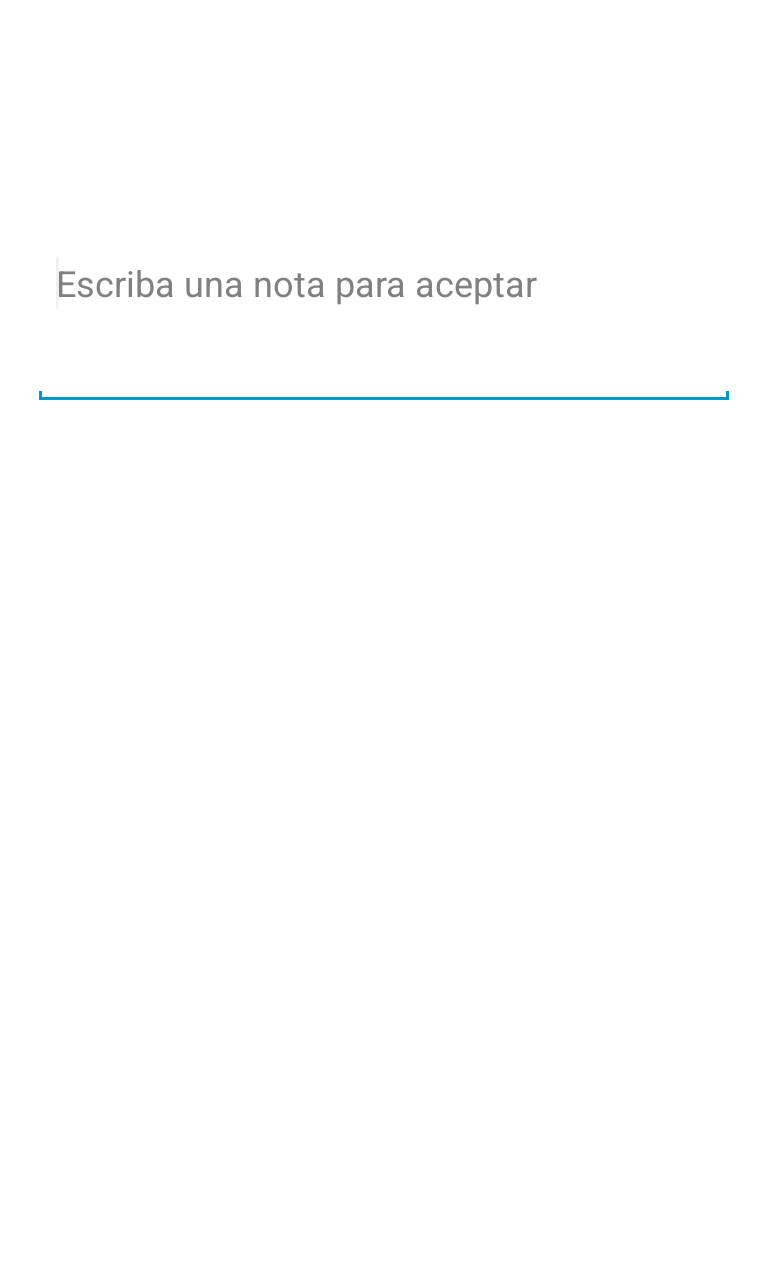
Repository: G3rcar/Android-I
Layout: Clase04Mantenimiento/res/layout/activity_result.xml
These files come from the project's save history. The layout is drawn as it stood at one moment and after the next save; the edit follows.
It is drawn on a 768 x 1280 px phone screen (xhdpi) without system bars, with theme AppTheme; the app's code is not run.

Above is the layout before, as saved 2013-10-30 13:25:41.

### Clase04Mantenimiento/res/layout/activity_result.xml
<LinearLayout xmlns:android="http://schemas.android.com/apk/res/android"
    xmlns:tools="http://schemas.android.com/tools"
    android:id="@+id/LinearLayout1"
    android:layout_width="match_parent"
    android:layout_height="match_parent"
    android:orientation="vertical"
    android:paddingBottom="@dimen/activity_vertical_margin"
    android:paddingLeft="@dimen/activity_horizontal_margin"
    android:paddingRight="@dimen/activity_horizontal_margin"
    android:paddingTop="@dimen/activity_vertical_margin"
    tools:context=".ResultActivity" >

    <LinearLayout
        android:layout_width="match_parent"
        android:layout_height="wrap_content" >

        <TextView
            android:id="@+id/txvFistName"
            android:layout_width="wrap_content"
            android:layout_height="wrap_content" />

        <TextView
            android:id="@+id/txvLastName"
            android:layout_width="wrap_content"
            android:layout_height="wrap_content" />

    </LinearLayout>

    <TextView
        android:id="@+id/txvEmail"
        android:layout_width="wrap_content"
        android:layout_height="wrap_content" />

    <TextView
        android:id="@+id/txvEdad"
        android:layout_width="wrap_content"
        android:layout_height="wrap_content" />

    <TextView
        android:id="@+id/txvDepartamento"
        android:layout_width="wrap_content"
        android:layout_height="wrap_content" />

    <View
        android:layout_width="wrap_content"
        android:layout_height="30dp"
        android:background="#00000000"
        />

    <EditText
        android:id="@+id/edtNote"
        android:layout_width="match_parent"
        android:layout_height="wrap_content"
        android:ems="10"
        android:gravity="top|left"
        android:hint="@string/hintNota"
        android:inputType="textMultiLine"
        android:lines="3"
        android:maxLength="150"
        android:maxLines="3" >

        <requestFocus />
    </EditText>

</LinearLayout>

### Clase04Mantenimiento/res/values/strings.xml
<?xml version="1.0" encoding="utf-8"?>
<resources>

    <string name="app_name">Clase04 Mantto</string>
    <string name="action_settings">Settings</string>
    <string name="hello_world">Hello world!</string>
    <string name="lblPrimerNombre">Primer nombre</string>
    <string name="lblPrimerApellido">Primer apellido</string>
    <string name="lblCorreo">Correo Electrónico</string>
    <string name="lblEdad">Edad</string>
    <string name="lblDepartamento">Departamento</string>
    <string name="btnGuardar">Guardar</string>
    <string name="btnEnviar">Enviar</string>

    <string-array name="arrDepartamentos">
        <item>Ahuachapán</item>
        <item>Sonsonate</item>
        <item>Santa Ana</item>
        <item>Chalatenango</item>
        <item>La Libertad</item>
        <item>San Salvador</item>
        <item>Cuscatlán</item>
        <item>La Paz</item>
        <item>San Vicente</item>
        <item>Morazán</item>
        <item>San Miguel</item>
        <item>La Unión</item>
        <item>Cabañas</item>
        <item>Usulután</item>
    </string-array>

    <string name="title_activity_result">Resultado</string>

    <string name="hintNota">Escriba una nota para aceptar</string>

</resources>

Loaded but not shown: Clase04Mantenimiento/res/values/styles.xml (common file); Clase04Mantenimiento/res/values-v11/styles.xml (common file); Clase04Mantenimiento/res/values-v14/styles.xml (common file); Clase04Mantenimiento/res/values/dimens.xml (common file)

After the next save:
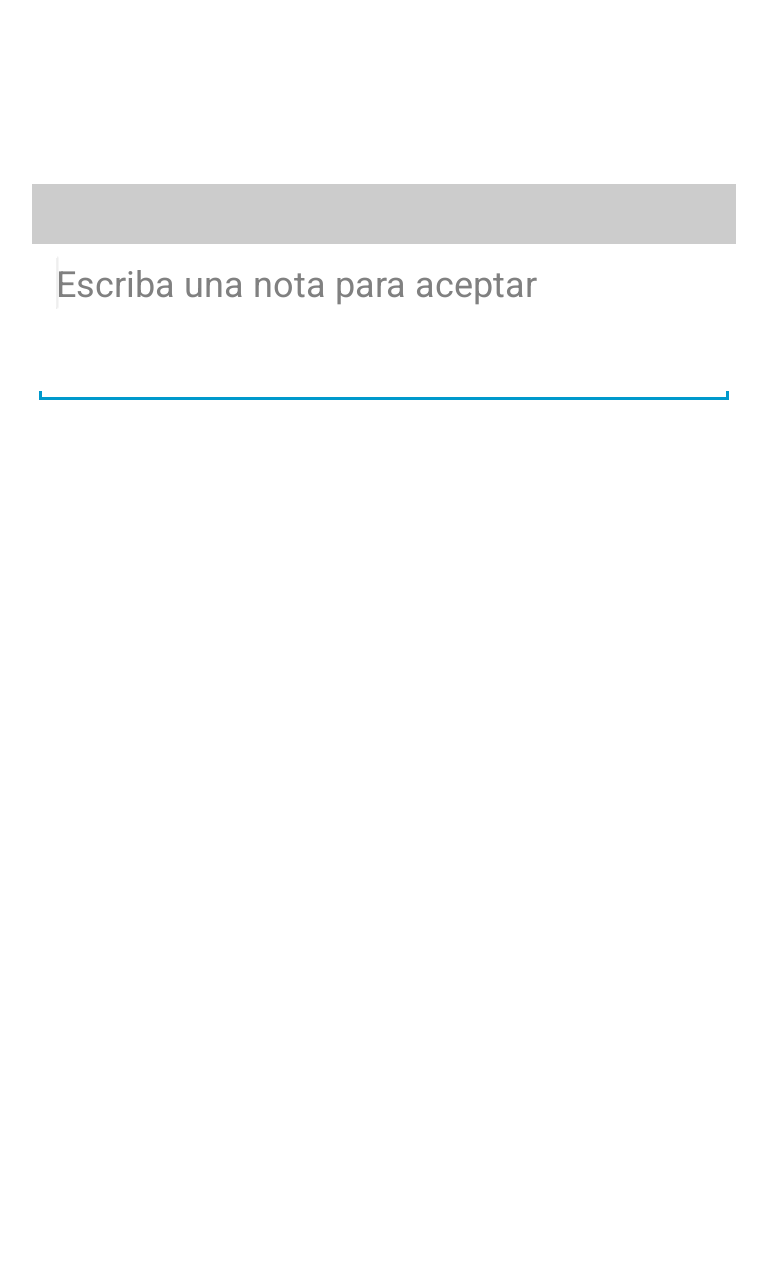
Saved 16 s later.
--- a/Clase04Mantenimiento/res/layout/activity_result.xml
+++ b/Clase04Mantenimiento/res/layout/activity_result.xml
@@ -44,7 +44,7 @@
     <View
         android:layout_width="wrap_content"
         android:layout_height="30dp"
-        android:background="#00000000"
+        android:background="#33000000"
         />
 
     <EditText
